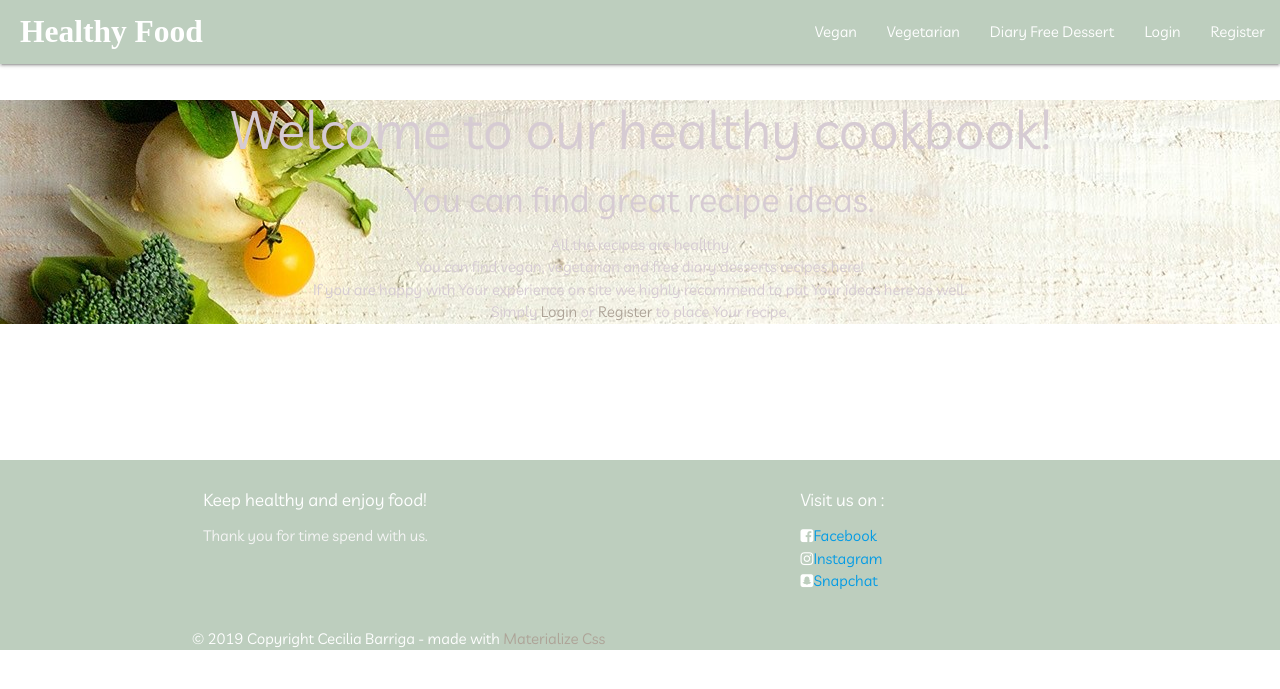
Repository: cesole/cookbook
Page: http://localhost/
The author's editor kept a record of every edit. The page is drawn from the files as they stood at one moment, then again after the next edit.
The browser window is 1280 px wide. The pictures show the whole page.
Some web fonts or font styles are not loaded; a fallback is used. The page is served by the project's application, run on Flask 3 (app.py).

Above is the page before.

### templates/index.html
{% extends 'base.html'%}
{% block content %}
<div class="container-fluid" id="index">
    <h2>Welcome to our healthy cookbook!</h2>
    <h4>You can find great recipe ideas.</h4>
     <p class="index">All the recipes are heallthy<br>You can find vegan, vegetarian and free diary desserts recipes here!<br>
                                                    If you are happy with Your experience on site we highly recommend to put Your ideas here as well.<br>
                                                    Simply <a class="orange-text text-lighten-3" href="{{url_for('login')}}">Login</a> or <a class="orange-text text-lighten-3" href="{{url_for('register')}}">Register</a> to place Your recipe.</p>
</div>
{% endblock %}

### templates/base.html
<!DOCTYPE html>
<html lang="en">

<head>
    <meta charset="UTF-8">
    <meta name="viewport" content="width=device-width, initial-scale=1.0">

    <link href="https://fonts.googleapis.com/icon?family=Material+Icons" rel="stylesheet">
    <!-- Compiled and minified CSS -->
    <link rel="stylesheet" href="{{ url_for('static', filename='css/materialize.min.css') }}" type="text/css" />
    <link href="https://stackpath.bootstrapcdn.com/font-awesome/4.7.0/css/font-awesome.min.css" rel="stylesheet" integrity="sha384-wvfXpqpZZVQGK6TAh5PVlGOfQNHSoD2xbE+QkPxCAFlNEevoEH3Sl0sibVcOQVnN" crossorigin="anonymous">
    <link href="https://fonts.googleapis.com/css?family=Livvic|Londrina+Outline&display=swap" rel="stylesheet">
    <link rel="stylesheet" href="{{ url_for('static', filename='css/style.css') }}" type="text/css" />


    <title>Cookbook</title>
</head>

<body class="container-fluid">
    <nav>
        <div class="nav-wrapper">
            <a href="{{url_for('index')}}" class="brand-logo">Healthy Food</a>
            <a href="#" data-target="mobile-demo" class="sidenav-trigger"><i class="material-icons">menu</i></a>
            <ul class="right hide-on-med-and-down">
                {% if session.username %}
                <li>Hello, {{ session.username }}!</li>
                {% endif %}
                <li><a href="{{url_for('vegan')}}">Vegan</a></li>
                <li><a href="{{url_for('vegetarian')}}">Vegetarian</a></li>
                <li><a href="{{url_for('dessert')}}">Diary Free Dessert</a></li>
                {% if not session.username %}
                <li><a href="{{url_for('login')}}">Login</a></li>
                <li><a href="{{url_for('register')}}">Register</a></li>
                {% else %}
                <li><a href="{{url_for('get_my_recipes')}}">My Recipes</a></li>
                <li><a href="{{url_for('logout')}}">Logout</a></li>
                {% endif %}
            </ul>
        </div>
        <ul class="sidenav" id="mobile-demo">
            {% if session.username %}
            <li>Hello, {{ session.username }}!</li>
            {% endif %}
            <li><a href="{{url_for('vegan')}}">Vegan</a></li>
            <li><a href="{{url_for('vegetarian')}}">Vegetarian</a></li>
            <li><a href="{{url_for('dessert')}}">Diary Free Dessert</a></li>
            {% if not session.username %}
            <li><a href="{{url_for('login')}}">Login</a></li>
            <li><a href="{{url_for('register')}}">Register</a></li>
            {% else %}
            <li><a href="{{url_for('get_my_recipes')}}">My Recipes</a></li>
            <li><a href="{{url_for('logout')}}">Logout</a></li>
            {% endif %}
        </ul>
    </nav>

    <div class="container-fluid">
        <main>{% block content %}{% endblock %}</main>
    </div>

    <footer class="page-footer">
        <div class="container">
            <div class="row">
                <div class="col l6 s12">
                    <h6 class="white-text">Keep healthy and enjoy food!</h6>
                    <p class="grey-text text-lighten-4">Thank you for time spend with us.</p>
                </div>
                <div class="col l4 offset-l2 s12">
                    <h6 class="white-text">Visit us on :</h6>
                    <ul>
                        <li><i class="fa fa-facebook-square"></i><a class="social-media" href="https://www.facebook.com/" target="_blank">Facebook</a></li>
                        <li><i class="fa fa-instagram"></i><a class="social-media" href="https://www.instagram.com/" target="_blank">Instagram</a></li>
                        <li><i class="fa fa-snapchat-square"></i><a class="social-media" href="https://www.snapchat.com/" target="_blank">Snapchat</a></li>
                    </ul>
                </div>
            </div>
            <div class="copyright">
                <div class="row">
                    © 2019 Copyright Cecilia Barriga - made with <a class="orange-text text-lighten-3" href="https://materializecss.com/" target="_blank">Materialize Css</a>
                </div>
            </div>
        </div>
    </footer>


    <script src="https://code.jquery.com/jquery-3.3.1.slim.min.js" integrity="sha384-q8i/X+965DzO0rT7abK41JStQIAqVgRVzpbzo5smXKp4YfRvH+8abtTE1Pi6jizo" crossorigin="anonymous"></script>
    <!-- Compiled and minified JavaScript -->
    <script src="https://cdnjs.cloudflare.com/ajax/libs/materialize/1.0.0/js/materialize.min.js"></script>

    <script>
        $(document).ready(function() {
            $('.sidenav').sidenav();
            $('.parallax').parallax();
            $('.carousel').carousel();
            $('.slider').slider();
            $('select').formSelect();
        });
    </script>

</body>

</html>

### app.py
import os
from flask import Flask, render_template, flash, redirect, request, url_for, session, make_response, current_app
from flask_pymongo import PyMongo
import pymongo
from pymongo import MongoClient
from bson.objectid import ObjectId
import json
from datetime import datetime
from functools import update_wrapper


app = Flask(__name__)
app.config["MONGO_DBNAME"] = 'cook_book'
app.config["MONGO_URI"] = os.getenv('MONGO_URI', 'mongodb://localhost')
app.config['SECRET_KEY'] = "cooking_book"


mongo = PyMongo(app)




@app.route('/')
@app.route('/index')
def index():
    return render_template('index.html')

@app.route('/vegan')
def vegan():
    return render_template('vegan.html',
                            meals=mongo.db.meals.find())

@app.route('/vegetarian')
def vegetarian():
    return render_template('vegetarian.html',
                            meals=mongo.db.meals.find())

@app.route('/dessert')
def dessert():
    return render_template('dessert.html',
                            meals=mongo.db.meals.find())

@app.route('/login', methods=["POST", "GET"])
def login():
    users = mongo.db.users
    login_user = users.find_one({"username" : request.form.get("username", False)})
    if login_user:
        if (request.form['pass']) == login_user['password']:
            session['username'] = request.form['username']
            return redirect(url_for('index'))
        flash('Invalid username/password combination')

    return render_template('login.html')




@app.route('/register', methods=["POST", "GET"])
def register():
    if request.method == "POST":
        users = mongo.db.users
        existing_user = users.find_one({"username" : request.form['username']})
        if existing_user is None:
            users.insert({'username' : request.form['username'],
                            'password' : request.form['pass']
            })
            session['username'] = request.form['username']
            return redirect(url_for('index'))
        flash("Username already exist! Try again!")
    return render_template('register.html')


@app.route('/get_my_recipes', methods=['GET', 'POST'])
def get_my_recipes():
    if not 'username' in session:
        return redirect('/login')
    else:
        meals = mongo.db.meals.find()
        return render_template('user_recipes.html',
                           user=session['username'],
                        meals=meals)

@app.route('/add_recipe')
def add_recipe():
    return render_template('add_recipe.html',
                            categories=mongo.db.categories.find(),
                            meals=mongo.db.meals.find())


@app.route('/insert_recipe', methods=['POST'])
def insert_recipe():
    meals =  mongo.db.meals
    meals.insert_one(request.form.to_dict())
    return render_template('user_recipes.html',
    categories=mongo.db.categories.find(),
                            meals=mongo.db.meals.find())


@app.route('/delete_recipe/<meal_id>')
def delete_recipe(meal_id):
    mongo.db.meals.remove({'_id': ObjectId(meal_id)})
    return redirect(url_for('get_my_recipes'))


@app.route('/edit_recipe/<meal_id>')
def edit_recipe(meal_id):
    the_meal =  mongo.db.meal.find_one({"_id": ObjectId(meal_id)})
    all_categories =  mongo.db.categories.find()
    return render_template('edit_recipe.html', meal=the_meal,
                           categories=all_categories)


@app.route('/update_recipe/<meal_id>', methods=["POST"])
def update_recipe(meal_id):
    meals = mongo.db.meals
    meals.update( {'_id': ObjectId(meal_id)},
    {
        'dish_name':request.form.get('dish_name'),
        'category_name':request.form.get('category_name'),
        'dish_description': request.form.get('dish_description'),
        'ingredient_one': request.form.get('ingredient_one'),
        'ingredient_two': request.form.get('ingredient_two'),
        'ingredient_three': request.form.get('ingredient_three'),
        'ingredient_four': request.form.get('ingredient_four'),
        'ingredient_five': request.form.get('ingredient_five'),
        'ingredient_six': request.form.get('ingredient_six'),
        'step_one': request.form.get('step_one'),
        'step_two': request.form.get('step_two'),
        'step_three': request.form.get('step_three'),
        'step_four': request.form.get('step_four'),
        'step_five': request.form.get('step_five'),
        'step_six': request.form.get('step_six'),
        'image': request.form.get('image'),
        'cook_time': request.form.get('cook_time'),
        'prep_time': request.form.get('prep_time'),
        'author': request.form.get('author')
    })
    return redirect(url_for('get_my_recipes'))



@app.route('/logout')
def logout():
    session.clear()
    return redirect(url_for('index'))

@app.route('/recipe/<meal_id>', methods=['GET', 'POST'])
def recipe(meal_id):
    the_meal =  mongo.db.meals.find_one({"_id": ObjectId(meal_id)})
    return render_template('recipe.html', meal=the_meal)


if __name__ == '__main__':
    app.run(host=os.environ.get('IP'),
            port=int(os.environ.get('PORT')),
            debug=True)

### static/css/style.css
#index {
    background-image: url('static/images/background.jpg');
    color: #d6cbd3;
    text-align: center;
}

nav .nav-wrapper {
    position: relative;
    height: 100%;
    background-color: #bdcebe !important;
    color: white;
}

.index-container {
    margin-left: 30px;
    color: #d6cbd3;
}

.brand-logo {
    font-family: 'Londrina Outline', cursive;
    font-weight: bold;
    margin-left: 20px;
}

html {
    font-family: 'Livvic', sans-serif;
}

.description {
    font-size: 1.5rem;
}

main {
    min-height: 50vh;
}

form {
    margin-top: 50px;
}

.meals {
    padding-top: 50px;
}

span.card-title {
    background-color: #d68d057a;
    width: 100%;
    padding: 10px !important;
}

.card-content {
    height: 100px;
}

/* Caption styles */

.caption {
    background-color: rgba(0, 0, 0, 0.1);
}

/* parallax styles */
.grey-text.text-darken-3 {
    color: white !important;
    text-align: center;
}

.white {
    color: #d6cbd3;
    text-align: center;
}


.brown-text {
    color: #ada397 !important;
}


/* end of style */



/* end of styles */

.input-field label {
    color: black;
}

.input-field input[type=text],
.input-field input[type=password],
.input-field input[type=email]{
    border-bottom: 1px solid black;
    box-shadow: 0 1px 0 0 black;
}

.switch label {
    color: black;
}

textarea.materialize-textarea {
    border-bottom: 1px solid black;
    box-shadow: 0 1px 0 0 black;
}

label.active {
    color: #000000 !important;
    font-size: 18px !important;
}


.page-footer {
    padding-top: 20px;
    color: #fff;
    background-color: #bdcebe !important;
}

img.responsive-img {
    max-width: 70%;
    height: auto;
}


.title-image {
    background-image: url('static/images/background.jpg');
}

.flashes {
    text-align: center;
    font-size: 2rem;
}


.orange-text.text-lighten-3 {
    color: #ada397 !important;
}




/* MEDIA STYLE */

@media (max-width: 768px) {
    nav .brand-logo {
        font-size: 1rem;
    }
}

Loaded but not shown: static/css/materialize.min.css (library)

After the next edit:
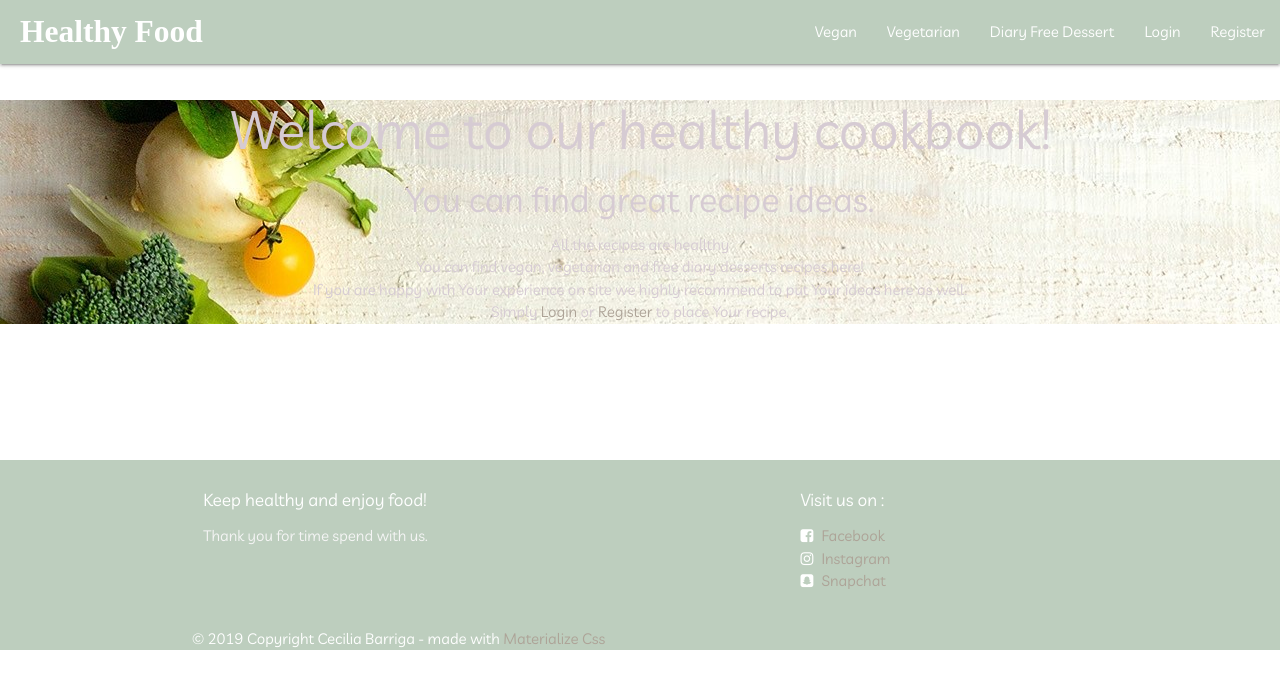
The edit:
--- a/static/css/style.css
+++ b/static/css/style.css
@@ -133,7 +133,10 @@
     color: #ada397 !important;
 }
 
-
+.social-media {
+    color: #ada397;
+    margin-left: 8px;
+}
 
 
 /* MEDIA STYLE */
